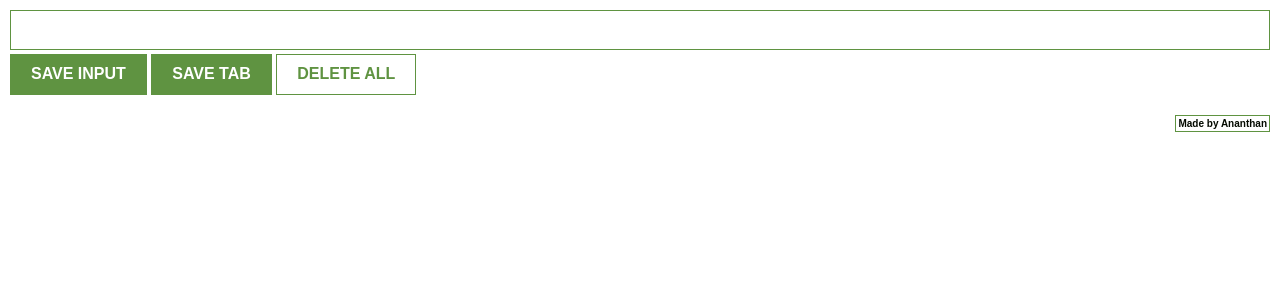
Repository: ananthantharma/Chrome-Extension
Page: index.html
The author's editor kept a copy of each file at every save. The page is drawn from the files as they stood at one save, then again after the next save.
The browser window is 1280 px wide. The pictures show the whole page.

Above is the page before, as saved 2022-07-20 23:36:36.
Console error: TypeError: Cannot set properties of null (setting 'onclick')

After the next save:
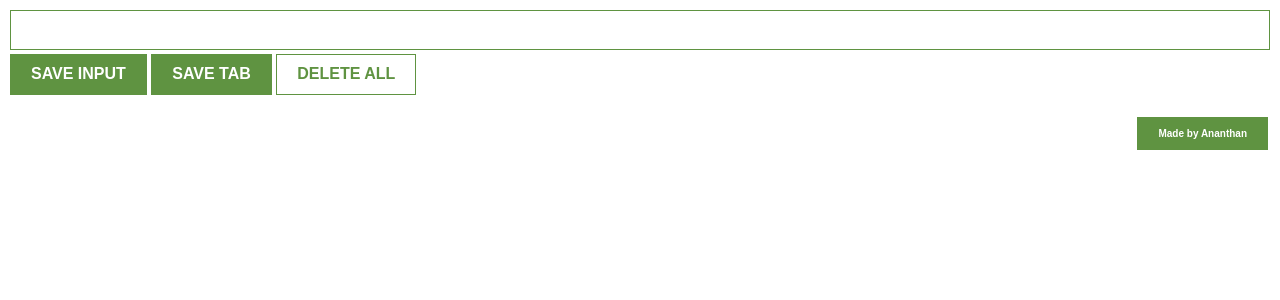
Saved 40 s later.
--- a/index.html
+++ b/index.html
@@ -12,7 +12,7 @@
         </ul>
         <script src="index.js"></script>
     </body>
-    <footer>
-        <button id="ananthan" onclick="ananthanMessage()">Made by Ananthan</button>
+    <footer id="ananthan">
+        <button>Made by Ananthan</button>
     </footer>
 </html>
